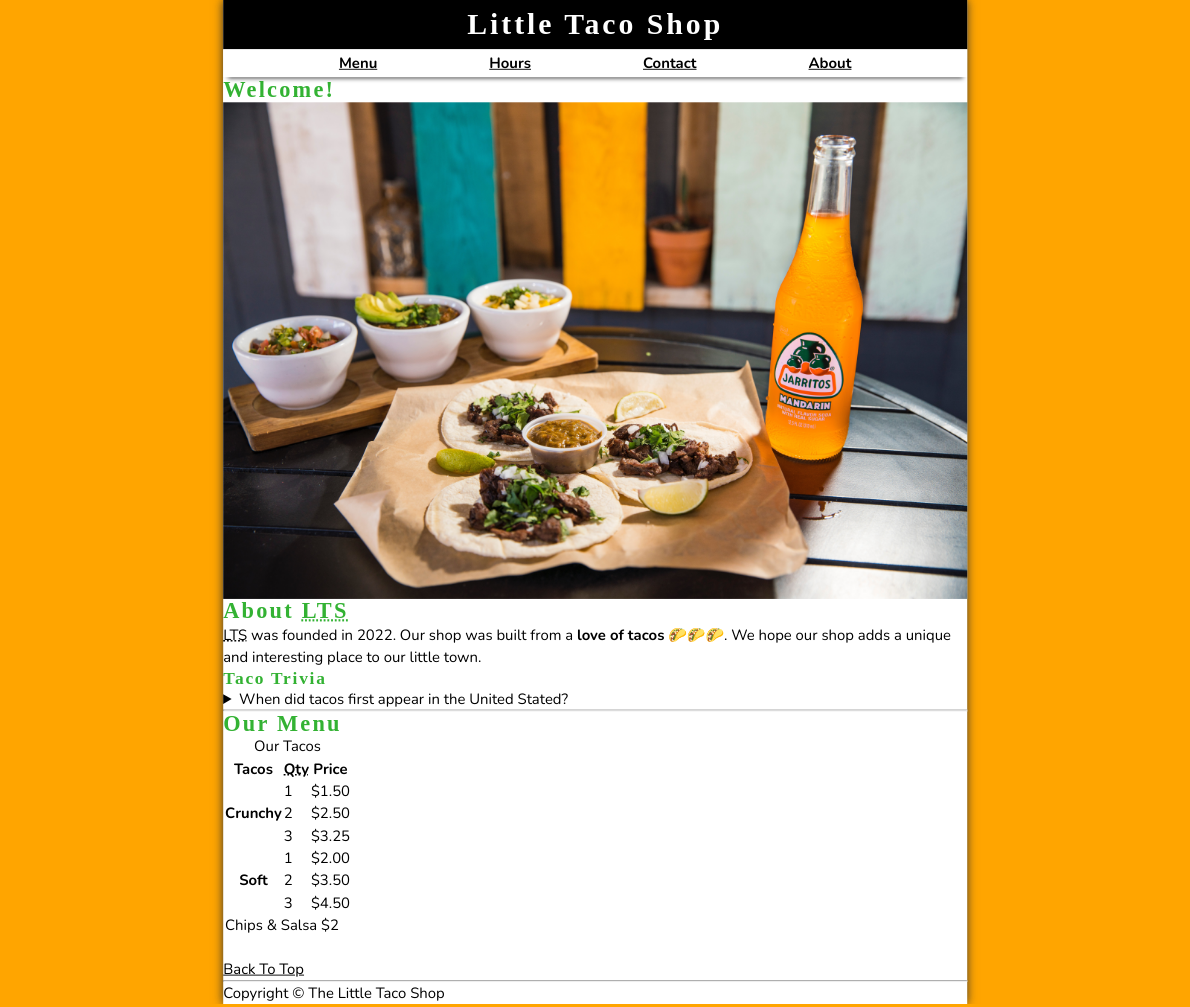
Repository: nabieusuma/Little-taco-shop
Page: index.html
An editor plug-in stored every save of this project. The page is shown before and after a run of saves, followed by the edit.
The browser window is 1280 px wide. The pictures show the whole page, at 93% of full size.
Some web fonts or font styles are not loaded; a fallback is used.

Above is the page before, as saved 2026-05-06 13:59:02.

### index.html
<!doctype html>
<html lang="en">
  <head>
    <meta charset="UTF-8" />
    <meta name="viewport" content="width=device-width, initial-scale=1.0" />
    <meta name="author" content="Nabieu suma" />
    <meta
      name="description"
      content="The official website for The Little Taco Shop"
    />
    <title>The Little Taco Shop</title>
    <link rel="icon" href="favicon.ico" type="image/x-icon" />
    <link rel="stylesheet" href="style.css" />
  </head>

  <body>
    <header class="header">
      <h1 class="header__h1"> Little Taco Shop</h1>
      <nav class="header__nav">
        <ul class="header__ul">
          <li>
            <a href="#menu"> Menu</a>
          </li>
          <li>
            <a href="hours.html"> Hours</a>
          </li>
          <li>
            <a href="contact.html">Contact</a>
          </li>

          <li>
            <a href="about.html">About</a>
          </li>
        </ul>
      </nav>
    </header>

    <section class="hero">
      <h2 class="hero__h2">Welcome!</h2>
      <figure>
        <img
          src="./Images/tacos_and_drink_1000x667.png"
          alt="Tacos and a Drink"
          title="We love tacos!"
          width="1000"
          height="667"
        />
        <figcaption class="offscreen">Tacos and a Drink</figcaption>
      </figure>
    </section>
    <main>
      <article id="about">
        <h2>About <abbr title="The Little Taco Shop">LTS</abbr></h2>
        <p>
          <abbr title="The Little Taco Shop">LTS</abbr> was founded in
          <time datetime="2022">2022</time>. Our shop was built from a
          <strong>love of tacos</strong> 🌮🌮🌮. We hope our shop adds a unique
          and interesting place to our little town.
        </p>
        <aside>
          <h3>Taco Trivia</h3>
          <details>
            <summary>When did tacos first appear in the United Stated?</summary>
            <p>
              Jeffrey M. Pilcher, taco historian and professor of history at the
              University of Minnesota, says the earliest mention of tacos in the
              United States are in a newspaper from
              <time datetime="1905">1905</time>. (Source:
              <cite
                ><a
                  href="https://www.smithsonianmag.com/arts-culture/where-did-the-taco-come-from-81228162/"
                  target="_blank"
                  >Smithsonian Magazine</a
                ></cite
              >)
            </p>
          </details>
        </aside>
      </article>
      <hr />
      <article id="menu">
        <h2>Our Menu</h2>
        <table>
          <caption>
            Our Tacos
          </caption>
          <thead>
            <tr>
              <th>Tacos</th>
              <th scope="col"><abbr title="Quantity">Qty</abbr></th>
              <th scope="col">Price</th>
            </tr>
          </thead>
          <tbody>
            <tr>
              <th scope="row" rowspan="3">Crunchy</th>
              <td>1</td>
              <td>$1.50</td>
            </tr>
            <tr>
              <td>2</td>
              <td>$2.50</td>
            </tr>
            <tr>
              <td>3</td>
              <td>$3.25</td>
            </tr>
            <tr>
              <th scope="row" rowspan="3">Soft</th>
              <td>1</td>
              <td>$2.00</td>
            </tr>
            <tr>
              <td>2</td>
              <td>$3.50</td>
            </tr>
            <tr>
              <td>3</td>
              <td>$4.50</td>
            </tr>
          </tbody>
          <tfoot>
            <tr>
              <td colspan="3">Chips &amp; Salsa $2</td>
            </tr>
          </tfoot>
        </table>
        <br />
        <p>
          <a href="#">Back To Top</a>
        </p>
      </article>
    </main>
    <hr />
    <footer>
      <p>Copyright &copy; The Little Taco Shop</p>
    </footer>
  </body>
</html>

### style.css
@import url("https://fonts.googleapis.com/css2?family=Fraunces:ital,opsz,wght@0,9..144,100..900;1,9..144,100..900&family=Hanken+Grotesk:ital,wght@0,100..900;1,100..900&family=Kumbh+Sans:wght,YOPQ@100..900,300&family=Montserrat:ital,wght@0,100..900;1,100..900&family=Nunito:ital,wght@0,200..1000;1,200..1000&family=Outfit:wght@100..900&family=Red+Hat+Display:ital,wght@0,300..900;1,300..900&family=Roboto:ital,wght@0,100..900;1,100..900&family=Work+Sans:ital,wght@0,100..900;1,100..900&display=swap");

@import url("https://fonts.googleapis.com/css2?family=Fraunces:ital,opsz,wght@0,9..144,100..900;1,9..144,100..900&family=Fugaz+One&family=Hanken+Grotesk:ital,wght@0,100..900;1,100..900&family=Kumbh+Sans:wght,YOPQ@100..900,300&family=Montserrat:ital,wght@0,100..900;1,100..900&family=Nunito:ital,wght@0,200..1000;1,200..1000&family=Outfit:wght@100..900&family=Red+Hat+Display:ital,wght@0,300..900;1,300..900&family=Roboto:ital,wght@0,100..900;1,100..900&family=Work+Sans:ital,wght@0,100..900;1,100..900&display=swap");

*,
*::before,
*::after {
  padding: 0;
  margin: 0;
  box-sizing: border-box;
}

img {
  display: block;
  max-width: 100%;
  height: auto;
}

input,
button,
textarea {
  font: inherit;
}

/* || VARIABLES */
:root {
  /* Fonts */
  --FF: "Nunito", sans-serif;
  --FF--HEADINGS: "Fugaz One", cursive;
  --FS: clamp(1rem, 2.2vh, 1.5rem);

  /* COLORS*/
  --BGCOLOR: orange;
  --BGCOLOR-FADE: rgb(252, 220, 160);
  --BGIMAGE: linear-gradiant(
    to buttom,
    var(var(var(--BGCOLOR), var(var(--BGCOLOR-FADE))))
  );
  --BODY-BGCOLOR: #fff;
  --FONT-COLOR: #000;
  --BORDER-COLOR: #333;
  --HEIGHLIGHT-COLOR: rgb(51, 178, 51);
  --LINKCOLOR: #000;
  --LINK-HOVER: hsla(0, 0%, 0%, 0.6);
  --LINK-ACTIVE: orange;
  --HEADER-BGCOLOR: #000;
  --HEADER-COLOR: #fff;
  --NAV-BAGCOLOR: #fff;
  --HERO-BGCOLOR: rgba(51, 178, 51, 0.75);
  --HERO-COLOR: #fff;

  /* BORDERS */
  --BORDERS: 1px solid var(var(--BORDER-COLOR));

  /* STANDARD PADDING */
  --PADDING-TB: 0.25em;
  --PADDING-SIDE: 2.5%;

  /* STANDARD MARGIN */
  --MARGIN: clamp(1em, 2.5vh, 1.5em) 0;
}

/* || UTILITY CLASS */
.offscreen {
  position: absolute;
  left: -10000px;
}

.nowrap {
  white-space: nowrap;
}

.center {
  text-align: center;
}

/*
  GENERAL STYLE
*/
html {
  scroll-behavior: smooth;
  font-size: var(--FS);
  font-family: var(--FF);
  background-color: var(--BGCOLOR);
  background-image: var(--BGIMAGE);
}

body {
  background-color: var(--BODY-BGCOLOR);
  color: var(--FONT-COLOR);
  min-height: 100vh;
  max-width: 800px;
  margin: 0 auto;
  border-left: var(--BORDERS);
  border-right: var(--BORDERS);
  box-shadow: 0 0 10px var(--BORDER-COLOR);
}

h1,
h2,
h3 {
  font-family: var(--FF--HEADINGS);
  letter-spacing: 0.1em;
}

h2,
h3 {
  color: var(--HEIGHLIGHT-COLOR);
}

p {
  line-height: 1.5;
}

a:any-link {
  color: var(--LINKCOLOR);
}

a:hover,
a:focus-visible {
  color: var(--LINK-HOVER);
}

a:active {
  color: var(--LINK-ACTIVE);
}

/* HEADER */
.header {
  position: sticky;
  top: 0;
  z-index: 1;
}

.header__h1 {
  text-align: center;
  background-color: var(--HEADER-BGCOLOR);
  color: var(--HEADER-COLOR);
  padding: var(--PADDING-TB) var(--PADDING-SIDE);

}

.header__nav {
  background-color: var(--NAV-BAGCOLOR);
  border-bottom: var(--BORDERS);
  font-weight: bold;
  box-shadow: 0 6px 5px -5px var(--BORDER-COLOR);
}

.header__ul {
  padding: var(--PADDING-TB) var(--PADDING-SIDE);
  list-style-type: none;
  display: flex;
  justify-content: space-evenly;
  gap: 1rem;

}

.hero {
  position: relative;
}

.hero__h2 {
  background-color: var(--HERO-COLOR);
  color: ;

}

After the next 2 saves:
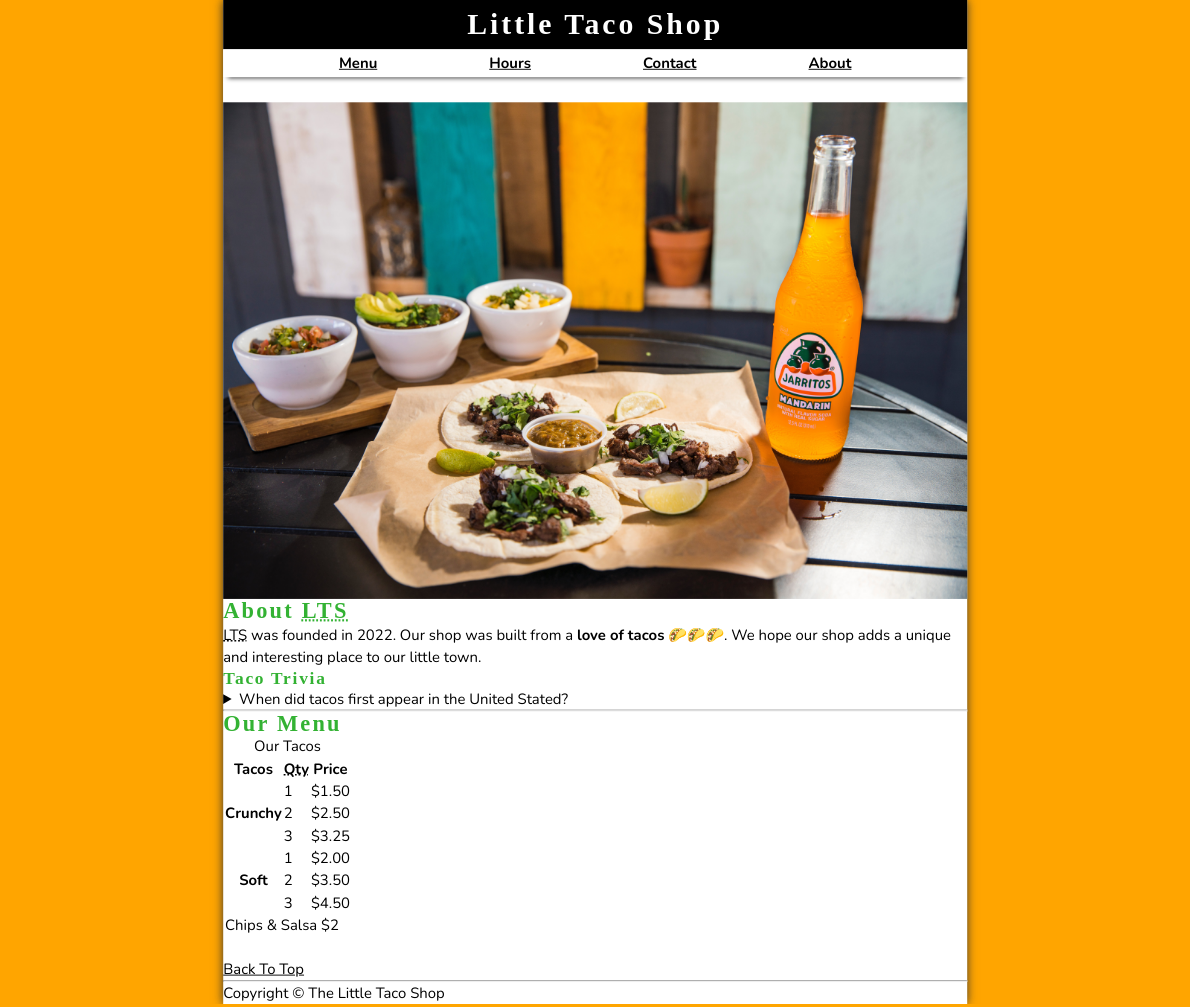
The 2 saves are shown as one change because they came seconds apart.
The last was saved 6 s later.
--- a/style.css
+++ b/style.css
@@ -162,6 +162,6 @@
 
 .hero__h2 {
   background-color: var(--HERO-COLOR);
-  color: ;
+  color: var(--HERO-COLOR);
 
 }

After the save that followed:
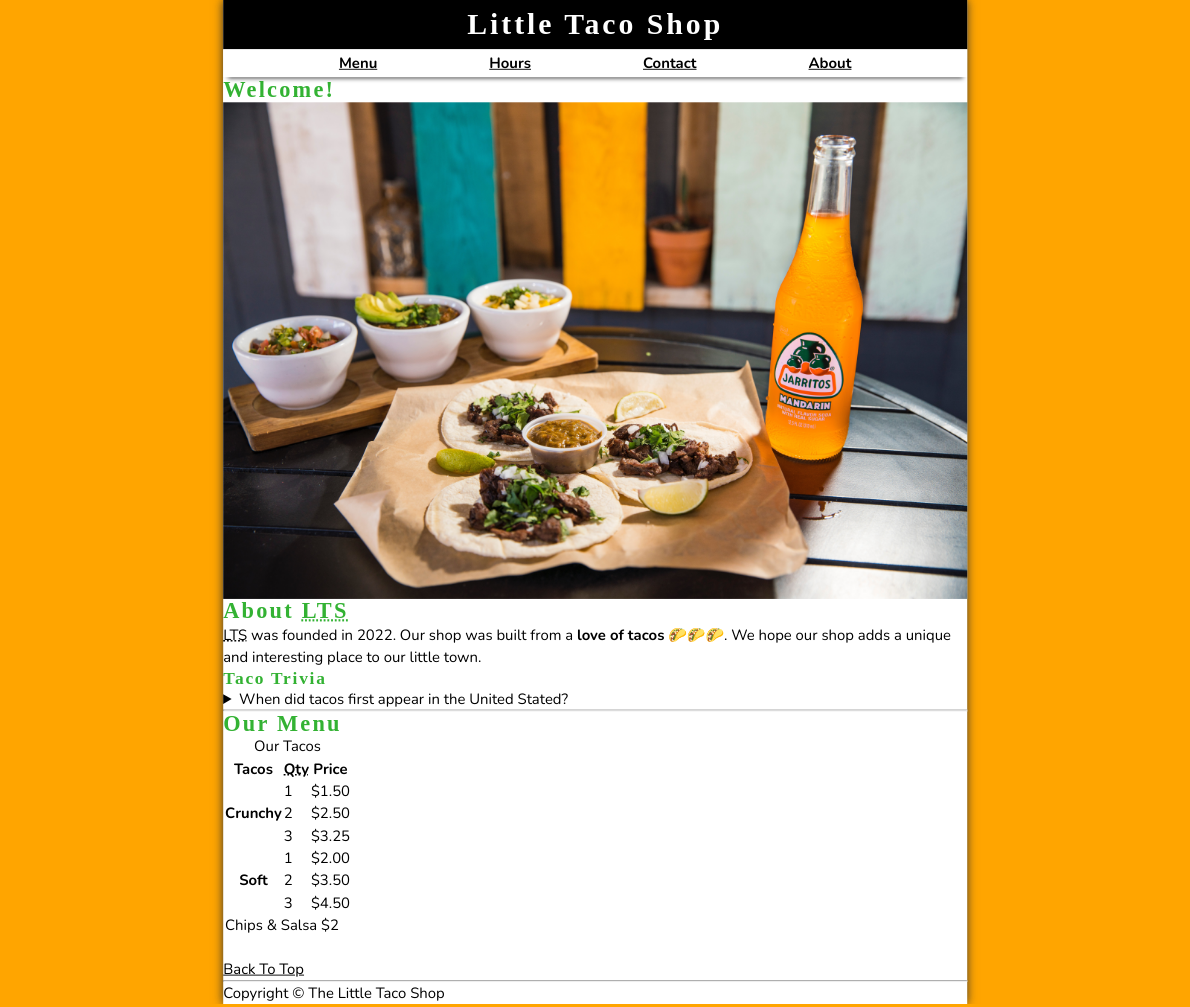
Saved 68 s later.
--- a/style.css
+++ b/style.css
@@ -162,6 +162,6 @@
 
 .hero__h2 {
   background-color: var(--HERO-COLOR);
-  color: var(--HERO-COLOR);
+  color:
 
 }
